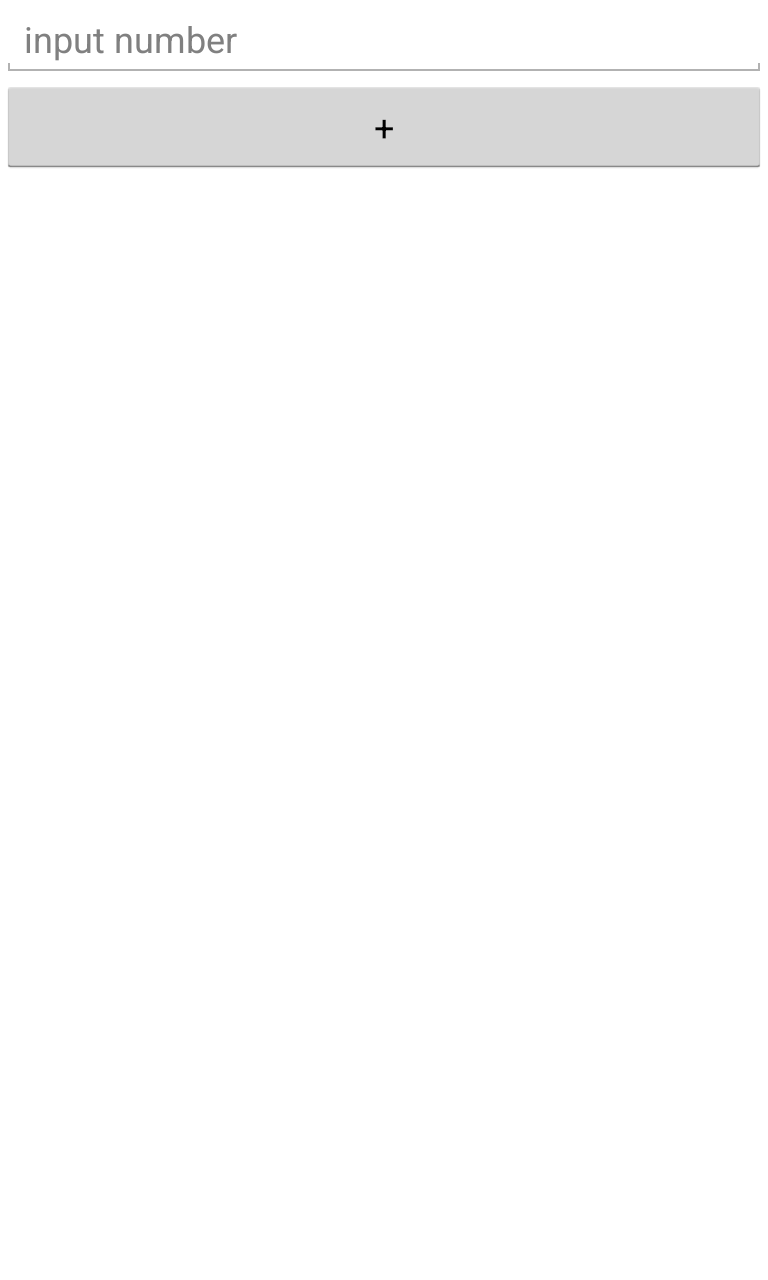
Repository: whoami-I/android
Layout: Activity/SendMessage/res/layout/activity_main.xml
An editor plug-in stored every save of this project. The layout is shown before and after the next save, followed by the edit.
It is drawn on a 768 x 1280 px phone screen (xhdpi) without system bars, with theme AppTheme; the app's code is not run.

Above is the layout before, as saved 2018-11-02 06:43:19.

After the next save:
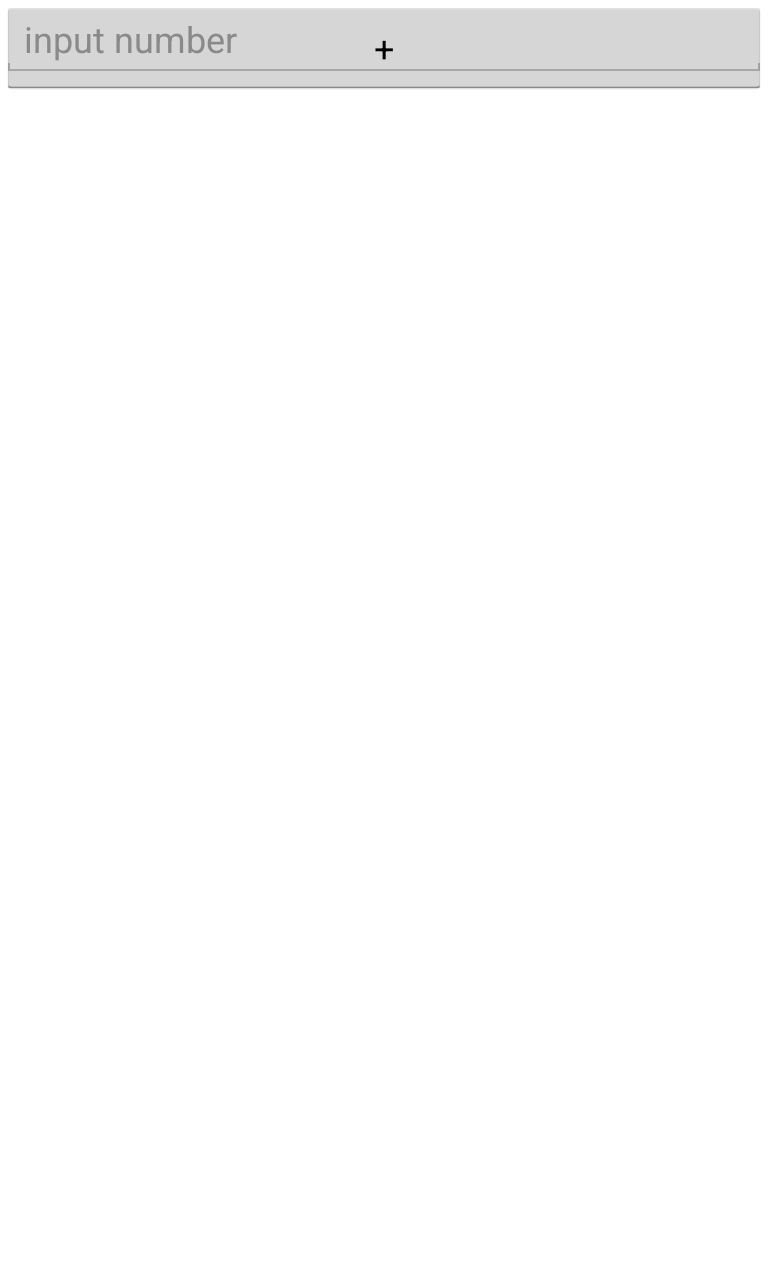
Saved 34 s later.
--- a/Activity/SendMessage/res/layout/activity_main.xml
+++ b/Activity/SendMessage/res/layout/activity_main.xml
@@ -4,16 +4,21 @@
     android:layout_height="match_parent"
     android:orientation="vertical" >
 
-    <EditText
-        android:id="@+id/et_number"
+    <RelativeLayout
         android:layout_width="match_parent"
-        android:layout_height="wrap_content"
-        android:hint="input number" />
+        android:layout_height="wrap_content" >
 
-    <Button
-        android:id="@+id/btn_add"
-        android:layout_width="match_parent"
-        android:layout_height="wrap_content"
-        android:text="+" />
+        <EditText
+            android:id="@+id/et_number"
+            android:layout_width="match_parent"
+            android:layout_height="wrap_content"
+            android:hint="input number" />
+
+        <Button
+            android:id="@+id/btn_add"
+            android:layout_width="match_parent"
+            android:layout_height="wrap_content"
+            android:text="+" />
+    </RelativeLayout>
 
 </LinearLayout>
